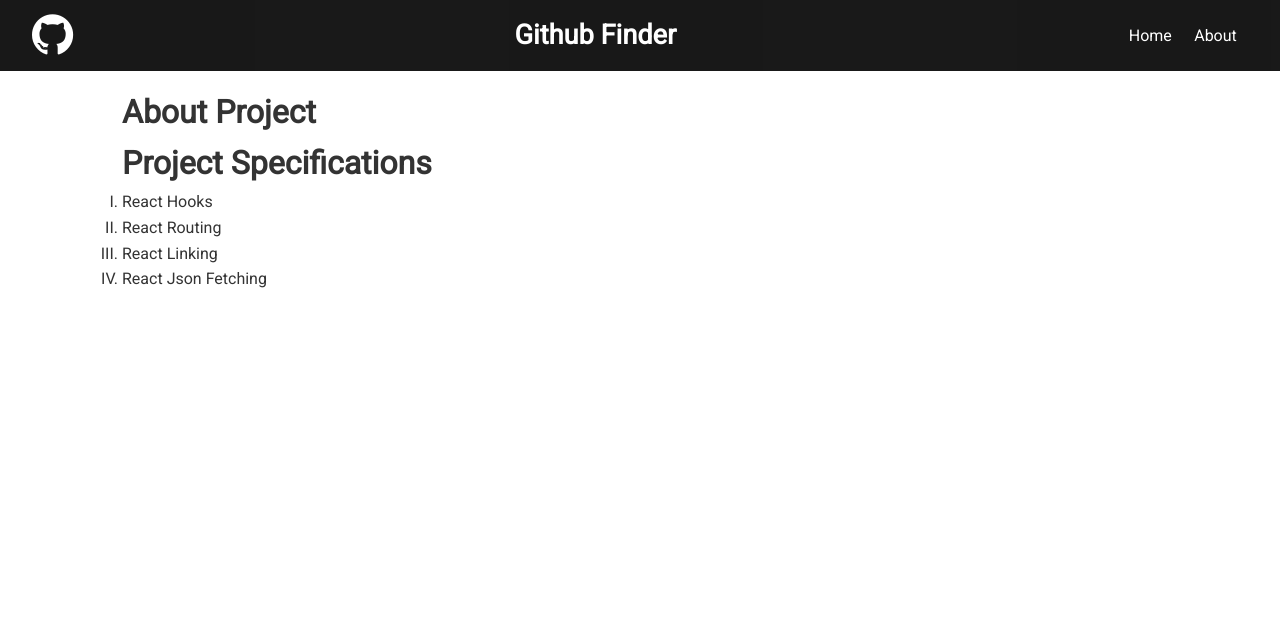
Repository: hemantsaini-7/ReactHooks-GitHub-Clone
Page: /about
An editor plug-in stored every save of this project. The page is shown before and after the next save, followed by the edit.
The browser window is 1280 px wide. The pictures show the whole page.
The project was rebuilt for these pictures with package versions that can differ from the ones it lists, and the page was loaded fresh each time. Also part of the build but not shown: src/components/users/UserItem.js, src/components/layout/Spinner.js, src/components/users/Users.js, src/components/repos/RepoItem.js, src/components/repos/Repos.js, src/components/users/User.js, src/components/users/Search.js, src/components/layout/Alert.js.

Above is the page before, as saved 2020-08-06 10:02:13.

After the next save:
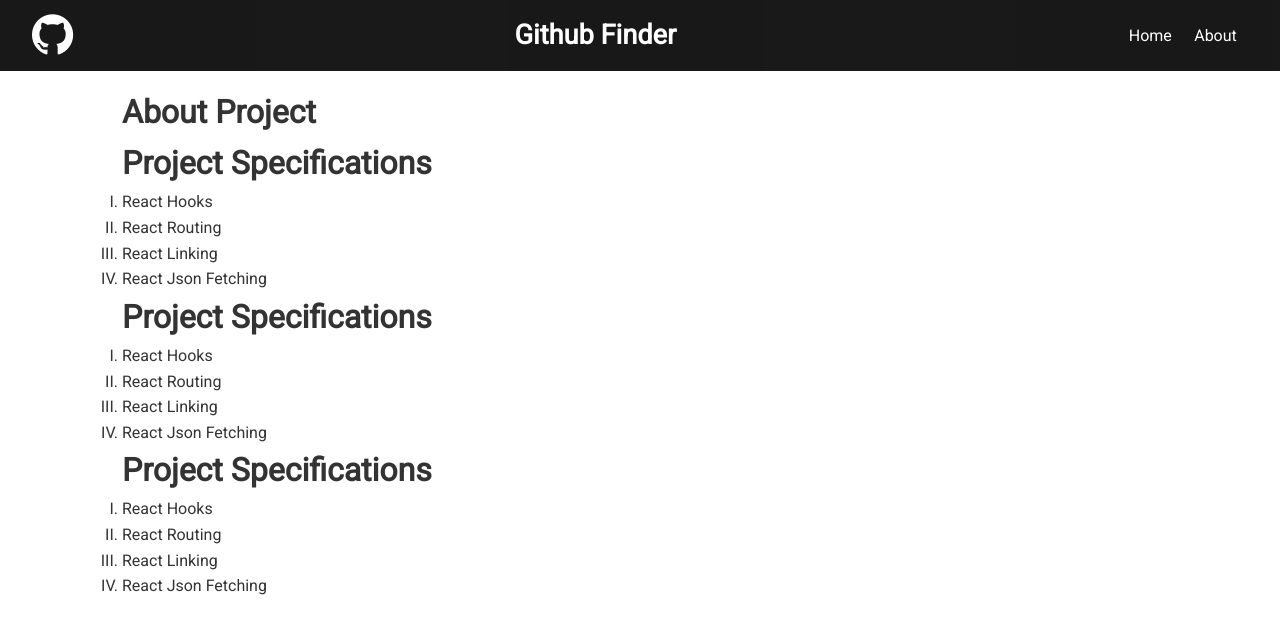
Saved 9 s later.
--- a/src/components/pages/About.js
+++ b/src/components/pages/About.js
@@ -13,6 +13,24 @@ const About = () => {
           <li>React Json Fetching</li>
         </ol>
       </div>
+      <div className='content-div'>
+        <h1>Project Specifications</h1>
+        <ol type='I'>
+          <li>React Hooks</li>
+          <li>React Routing</li>
+          <li>React Linking</li>
+          <li>React Json Fetching</li>
+        </ol>
+      </div>
+      <div className='content-div'>
+        <h1>Project Specifications</h1>
+        <ol type='I'>
+          <li>React Hooks</li>
+          <li>React Routing</li>
+          <li>React Linking</li>
+          <li>React Json Fetching</li>
+        </ol>
+      </div>
     </div>
   );
 };
